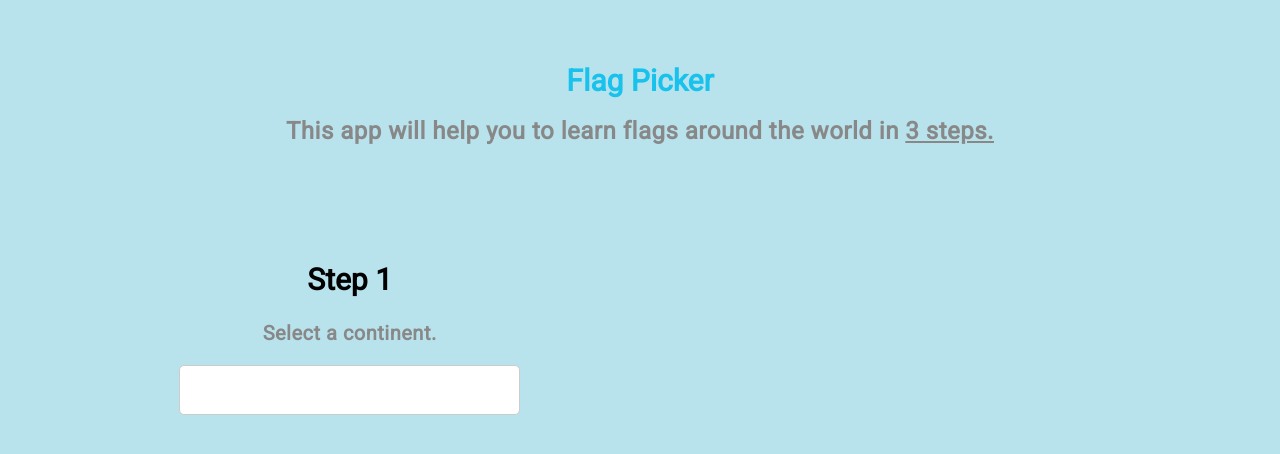
Repository: paras-shah/flag-app
Page: /
The author's editor kept a copy of each file at every save. The page is drawn from the files as they stood at one save, then again after the next save.
The browser window is 1280 px wide. The pictures show the whole page.
The project was rebuilt for these pictures with package versions that can differ from the ones it lists, and the page was loaded fresh each time.

Above is the page before, as saved 2020-02-12 00:36:41.

### public/index.html
<!DOCTYPE html>
<html lang="en">
  <head>
    <meta charset="utf-8" />
    <link rel="icon" href="%PUBLIC_URL%/favicon.ico" />
    <meta name="viewport" content="width=device-width, initial-scale=1" />
    <meta name="theme-color" content="#000000" />
    <meta
      name="description"
      content="Web site created using create-react-app"
    />
    <link rel="apple-touch-icon" href="%PUBLIC_URL%/logo192.png" />
    <link href="https://fonts.googleapis.com/css?family=Roboto&display=swap" rel="stylesheet">
    <!--
      manifest.json provides metadata used when your web app is installed on a
      user's mobile device or desktop. See https://developers.google.com/web/fundamentals/web-app-manifest/
    -->
    <link rel="manifest" href="%PUBLIC_URL%/manifest.json" />
    <!--
      Notice the use of %PUBLIC_URL% in the tags above.
      It will be replaced with the URL of the `public` folder during the build.
      Only files inside the `public` folder can be referenced from the HTML.

      Unlike "/favicon.ico" or "favicon.ico", "%PUBLIC_URL%/favicon.ico" will
      work correctly both with client-side routing and a non-root public URL.
      Learn how to configure a non-root public URL by running `npm run build`.
    -->
    <title>Flag App</title>
  </head>
  <body>
    <noscript>You need to enable JavaScript to run this app.</noscript>
    <div id="root"></div>
    <!--
      This HTML file is a template.
      If you open it directly in the browser, you will see an empty page.

      You can add webfonts, meta tags, or analytics to this file.
      The build step will place the bundled scripts into the <body> tag.

      To begin the development, run `npm start` or `yarn start`.
      To create a production bundle, use `npm run build` or `yarn build`.
    -->
  </body>
</html>

### src/index.js
import React from 'react';
import ReactDOM from 'react-dom';

import './style/normalize.css';
import './style/index.css';

import App from './App';

ReactDOM.render(<App />, document.getElementById('root'));

### src/style/index.css
body {
	margin: 0;
	font-family: -apple-system, BlinkMacSystemFont, "Segoe UI", "Roboto",
		"Oxygen", "Ubuntu", "Cantarell", "Fira Sans", "Droid Sans",
		"Helvetica Neue", sans-serif;
	-webkit-font-smoothing: antialiased;
	-moz-osx-font-smoothing: grayscale;
	background-color: rgb(184, 226, 236);
}

.app-main {
	margin: 1% auto;
	padding: 10px;
	text-align: center;
	width: 80%;
	font-family: "Roboto";
}

header {
	margin: 4% auto;
}

.main-text {
	font-size: 30px;
}

h1.main-text {
	color: rgb(25, 194, 236);
	font-size: 30px;
}

.sub-text {
	font-size: 24px;
	color: #888;
	letter-spacing: 0.5px;
}

h2 span {
	text-decoration: underline;
}

/* content */
.app-content {
	display: flex;
	flex-direction: row;
	justify-content: flex-start;
}

.app-content .column {
	width: 33.3%;
	padding: 5%;
}

.column-sub-text {
	font-size: 20px;
	color: #888;
	letter-spacing: 0.5px;
}

### src/App.js
import React from 'react';

// Components
import Search from "./components/Search";

// Config
import COPY from "./config/copy";
import flagData from "./config/continents.json";


class App extends React.Component {
  constructor(props) {
    super(props);

    this.state = {
      continentList: [],
      selectedContinentCountryList: [],

      selectedContinentIndex: -1,
      selectedCountry: null,
    }
  }

  componentDidMount() {
    if (flagData) {
      const continentArray = this.getContinentList();
      this.setState({ ...this.state, continentList: continentArray });
    }
  }

  // on
  onContinentSelect = (selectedValueIndex) => {
    // get country data
    const countryList = this.getContinentSpecificCountriesList(selectedValueIndex);
    this.setState({...this.state,
      selectedContinentIndex: selectedValueIndex,
      selectedContinentCountryList: countryList
    });
  }

  onCountrySelect = (selectedValueIndex) => {
    // get country data
    console.log(selectedValueIndex);
  }

  //
  getContinentList = () => {
    return flagData.map((value) => {
      return value["continent"];
    });
  }

  //
  getContinentSpecificCountriesList = (continentIndex) => {
    const { countries } = flagData[continentIndex];
    return countries.map((value) => {
      return value["name"];
    });
  }


  render() {
    const { continentList, selectedContinentIndex } = this.state;
    const selectedContinent = selectedContinentIndex > -1 ? continentList[selectedContinentIndex] : false;

    return (
      <main className="app-main">
        <header className="app-header">
          <h1 className="main-text">{COPY.HEADER_TEXT}</h1>
          <h2 className="sub-text">{COPY.HEADER_SUBTEXT} <span> {COPY.HEADER_SUBTEXT_TWO} </span></h2>
        </header>

        <div className="app-content">
          {/* Continent */}
          <section className="column">
            <h2 className="main-text">{COPY.COLUMN_ONE_HEADING}</h2>
            <h3 className="column-sub-text">{COPY.COLUMN_ONE_SUBTEXT} </h3>

            <Search values={this.state.continentList}
              className="continent-select"
              onSelect={this.onContinentSelect}
            />

            {selectedContinent &&
              <>
                <p className="column-sub-text">
                  {COPY.SELECTED}
                </p>
                <p className="main-text">
                  {continentList[selectedContinentIndex]}
                </p>
              </>
            }
          </section>

          {/* Country */}
          {selectedContinent &&
            <section className="column">
              <h2 className="main-text">{COPY.COLUMN_TWO_HEADING}</h2>
              <h3 className="column-sub-text">{COPY.COLUMN_TWO_SUBTEXT} </h3>
              <Search values={this.state.selectedContinentCountryList}
                className="country-select"
                onSelect={this.onCountrySelect}
                multiSelect={false}
              />
            </section>
          }

          {/* Flag Column */}
          <section className="column">

          </section>

        </div>
      </main>
    );
  }
}

export default App;

### src/components/Search.js
import React from "react";
import "../style/search.css";

class Search extends React.Component {
    constructor(props) {
        super(props);
        this.state = {
            textValue: '',
            allValues: props.values,
            possibleValues: props.values,
            multiSelect: props.multiSelect ? true : false,
            selectedValue: props.multiSelect ? [] : '',
            showAvailableOption: false
        }

        this.onTextChange = this.onTextChange.bind(this);
        this.onFocus = this.onFocus.bind(this);
        this.onFocusOut = this.onFocusOut.bind(this);
        this.onSelect = this.onSelect.bind(this);
    }

    componentDidUpdate(prevProps) {

        if (this.props.values && prevProps.values && this.props.values[0] !== prevProps.values[0]) {
            this.setState({
                allValues: this.props.values,
                possibleValues: this.props.values,
            })
        }
        if (this.props.selectType && prevProps.selectType && this.props.selectType !== prevProps.selectType) {
            this.setState({
                selectType: this.props.selectType
            })
        }
    }

    onTextChange = (event) => {
        // batch call
        this.setState({ textValue: event.target.value });
        this.updatePossibleValues(event.target.value);
    }

    onFocus = () => {
        this.setState({ showAvailableOption: true });
    }

    onFocusOut = () => {
        // this.setState({ showAvailableOption: false });
    }

    onSelect = (selectedValue) => {
        const { allValues } = this.state;
        const selectedValueIndex = allValues.indexOf(selectedValue);
        this.setState({ selectedValue: selectedValueIndex, showAvailableOption: false });
        this.props.onSelect(selectedValueIndex);
    }

    updatePossibleValues = (textValue) => {
        const { allValues } = this.state;

        const filteredValues =
            allValues.filter(value => value.toLowerCase().indexOf(textValue.toLowerCase()) > -1);
        this.setState({ possibleValues: filteredValues });
    }

    showOptions = () => {
        const possibleValues = this.state.possibleValues;
        if (possibleValues.length >= 0) {
            return possibleValues.map((value, index) => {
                return (<li key={index} onClick={() => { this.onSelect(value) }}>
                    {value}
                </li>);
            })
        } else {
            return '';
        }
    }

    render() {
        const classes = `search-box ${this.props.className}`;
        const { showAvailableOption } = this.state;

        return (
            <div className={classes}>
                <input type="text" value={this.state.textValue}
                    onFocus={this.onFocus}
                    onChange={this.onTextChange}
                    onBlur={this.onFocusOut}
                />
                {showAvailableOption &&
                    <ul>
                        {this.showOptions()}
                    </ul>
                }
            </div>
        );
    }
}

export default Search;

### src/config/copy.js
export default {
    HEADER_TEXT : "Flag Picker",
    HEADER_SUBTEXT : "This app will help you to learn flags around the world in",
    HEADER_SUBTEXT_TWO : "3 steps.",

    COLUMN_ONE_HEADING:"Step 1",
    COLUMN_ONE_SUBTEXT:"Select a continent.",

    COLUMN_TWO_HEADING:"Step 2",
    COLUMN_TWO_SUBTEXT:"Now, select a country.",

    COLUMN_THREE_HEADING:"Step 3",
    COLUMN_THREE_SUBTEXT:"Flags.",

    SELECTED:"You selected",



};

### src/config/continents.json
[
	{
		"continent": "Africa",
		"countries": [
			{
				"name": "Nigeria",
				"flag": "🇳🇬"
			},
			{
				"name": "Ethiopia",
				"flag": "🇪🇹"
			},
			{
				"name": "Egypt",
				"flag": "🇪🇬"
			},
			{
				"name": "DR Congo",
				"flag": "🇨🇩"
			},
			{
				"name": "South Africa",
				"flag": "🇿🇦"
			}
		]
	},
	{
		"continent": "America",
		"countries": [
			{
				"name": "USA",
				"flag": "🇺🇸"
			},
			{
				"name": "Brazil",
				"flag": "🇧🇷"
			},
			{
				"name": "Mexico",
				"flag": "🇲🇽"
			},
			{
				"name": "Colombia",
				"flag": "🇨🇴"
			},
			{
				"name": "Argentina",
				"flag": "🇦🇷"
			}
		]
	},
	{
		"continent": "Asia",
		"countries": [
			{
				"name": "China",
				"flag": "🇨🇳"
			},
			{
				"name": "India",
				"flag": "🇮🇳"
			},
			{
				"name": "Indonesia",
				"flag": "🇮🇩"
			},
			{
				"name": "Pakistan",
				"flag": "🇵🇰"
			},
			{
				"name": "Bangladesh",
				"flag": "🇧🇩"
			}
		]
	},
	{
		"continent": "Europe",
		"countries": [
			{
				"name": "Russia",
				"flag": "🇷🇺"
			},
			{
				"name": "Germany",
				"flag": "🇩🇪"
			},
			{
				"name": "UK",
				"flag": "🇬🇧"
			},
			{
				"name": "France",
				"flag": "🇫🇷"
			},
			{
				"name": "Italy",
				"flag": "🇮🇹"
			}
		]
	},
	{
		"continent": "Oceania",
		"countries": [
			{
				"name": "Australia",
				"flag": "🇦🇺"
			},
			{
				"name": "Papua New Guinea",
				"flag": "🇵🇬"
			},
			{
				"name": "New Zealand",
				"flag": "🇳🇿"
			},
			{
				"name": "Fiji",
				"flag": "🇫🇯"
			},
			{
				"name": "Solomon Islands",
				"flag": "🇸🇧"
			}
		]
	}
]

### src/style/search.css
.search-box {
	position: relative;
}

.search-box input, li {
	width: 100%;
	height: 50px;
	border: solid 1px #ccc;
	border-radius: 5px;
	font-size: 20px;
	line-height: 50px;
	padding: 5px;
	box-sizing: border-box;
}

.search-box ul {
	display: inline-block;
    margin: 0px;
    list-style: none;
    padding: 0px;
	width: 100%;
	position: absolute;
    top: 50px;
    left: 0px;
}

.search-box li {
	background-color: white;
	text-align: center;
	text-transform: capitalize;
	cursor: pointer;
}

Loaded but not shown: src/style/normalize.css (library)

After the next save:
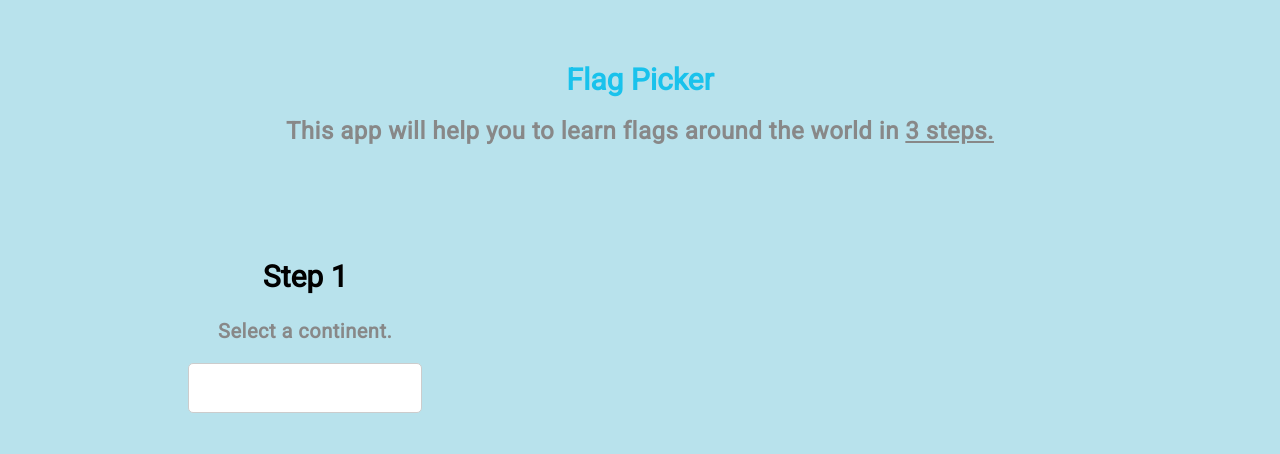
Saved 60 s later.
--- a/src/style/index.css
+++ b/src/style/index.css
@@ -1,3 +1,7 @@
+*{
+	box-sizing: border-box;
+}
+
 body {
 	margin: 0;
 	font-family: -apple-system, BlinkMacSystemFont, "Segoe UI", "Roboto",
